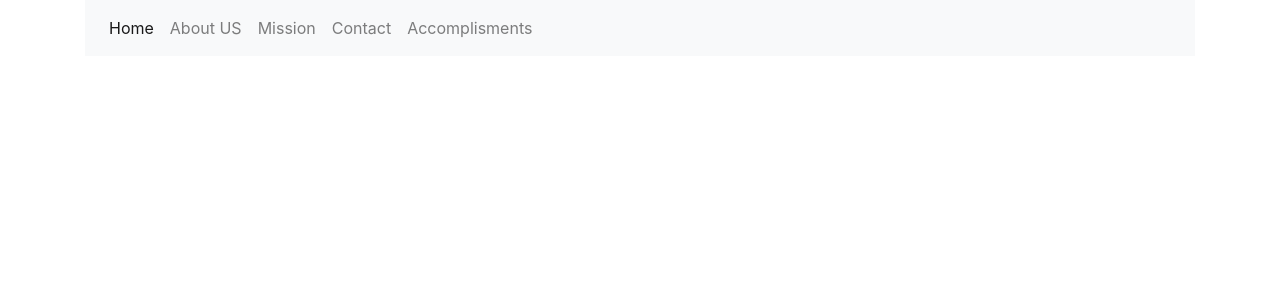
Repository: vipulx44/Prayas-Seva
Page: http://localhost/?page=1
An editor plug-in stored every save of this project. The page is shown before and after the next save, followed by the edit.
The browser window is 1280 px wide. The pictures show the whole page.
Some web libraries are served in a nearby version. The page is run by PHP 8.4 with error messages shown; the project is at /var/www/html/.

Above is the page before, as saved 2017-09-23 13:54:56.

After the next save:
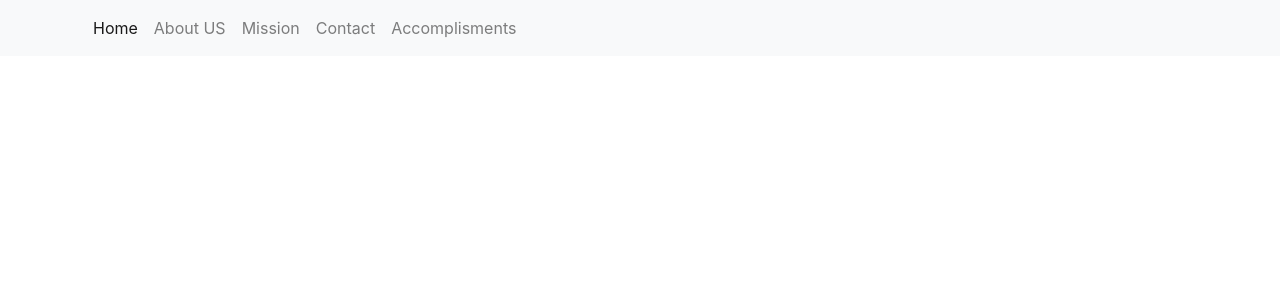
Saved 119 s later.
--- a/Prayasfirst/index.php
+++ b/Prayasfirst/index.php
@@ -21,9 +21,10 @@
 
 	<body>
 
-		<div class="container">
+
 		<nav class="navbar navbar-expand-lg navbar-light bg-light">
 				<div class="collapse navbar-collapse" id="navbarSupportedContent">
+					<div class="container">
 					     <ul class="navbar-nav mr-auto">
 					      <li class="nav-item active">
 					        <a class="nav-link" href="#">Home <span class="sr-only">(current)</span></a>
@@ -41,9 +42,10 @@
 				        	<a class="nav-link" href="#">Accomplisments</a>
 				    	  </li>
 					    </ul>
+					  </div>
 				</div>
 			</nav>  <!-- End Main Navigation -->
-		</div>
+
 
 	</body>
 
